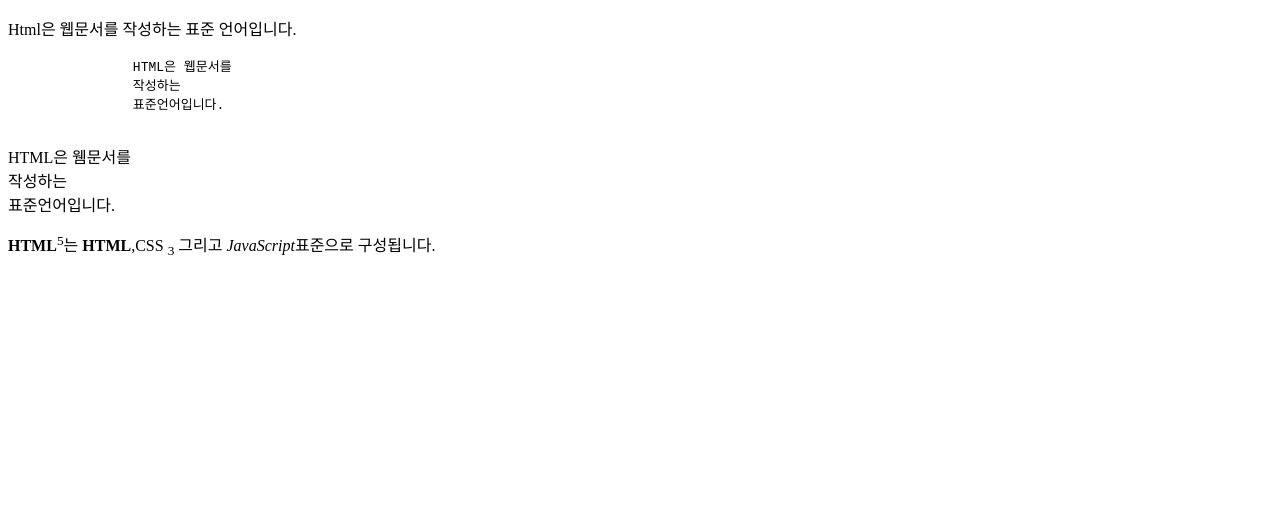
Repository: Hwangjiwon/MultiCampus
Page: 1Myshop/WebContent/Chapter2/2_2.html
An editor plug-in stored every save of this project. The page is shown before and after the next save, followed by the edit.
The browser window is 1280 px wide. The pictures show the whole page.

Above is the page before, as saved 2019-05-30 01:08:32.

### 1Myshop/WebContent/Chapter2/2_2.html
<!DOCTYPE html>
<html>
<head>
<meta charset="UTF-8">
<title>Insert title here</title>
</head>
<body>
	<p>
	Html은 웹문서를
	 작성하는
	 표준 언어입니다.
	 </p>
	<pre>
		HTML은 웹문서를
		작성하는
		표준언어입니다.
	</pre>
	<p>
		HTML은 웸문서를 <br>
		작성하는 <br/>
		표준언어입니다.
	</p>

	<b>HTML</b><sup>5</sup>는 <strong>HTML</strong>,CSS <sub>3</sub>
	그리고 <i>JavaScript</i>표준으로 구성됩니다.
</body>
</html>

After the next save:
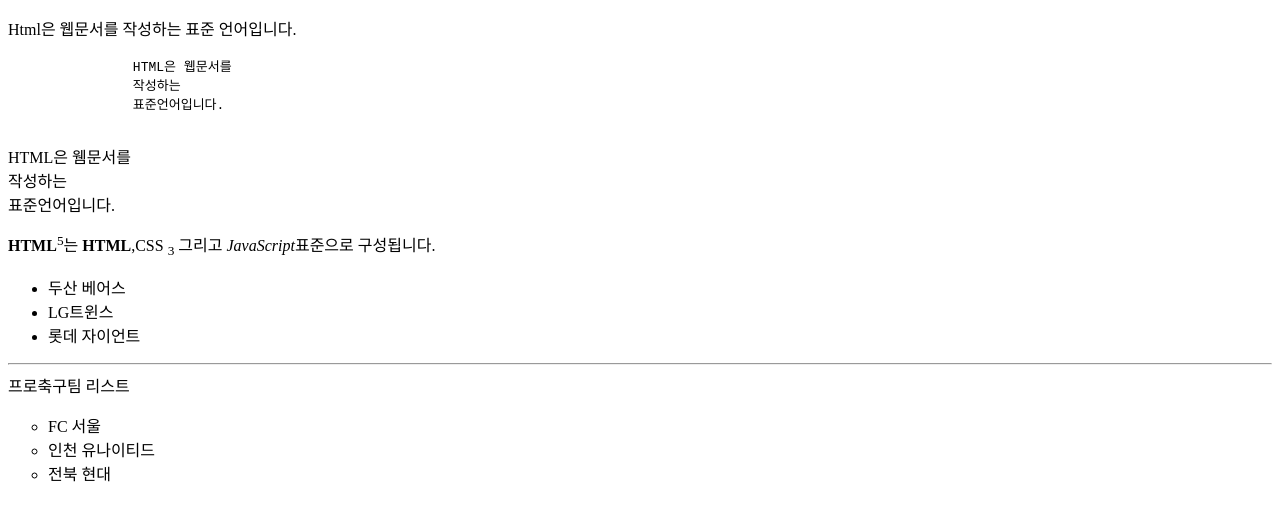
Saved 3 min 42 s later.
--- a/1Myshop/WebContent/Chapter2/2_2.html
+++ b/1Myshop/WebContent/Chapter2/2_2.html
@@ -23,5 +23,20 @@
 
 	<b>HTML</b><sup>5</sup>는 <strong>HTML</strong>,CSS <sub>3</sub>
 	그리고 <i>JavaScript</i>표준으로 구성됩니다.
+
+	<ul>
+		<li>두산 베어스</li>
+		<li>LG트윈스</li>
+		<li>롯데 자이언트</li>
+	</ul>
+
+	<hr>
+	프로축구팀 리스트
+
+	<ul type="circle">
+		<li>FC 서울</li>
+		<li>인천 유나이티드</li>
+		<li>전북 현대</li>
+	</ul>
 </body>
 </html>
